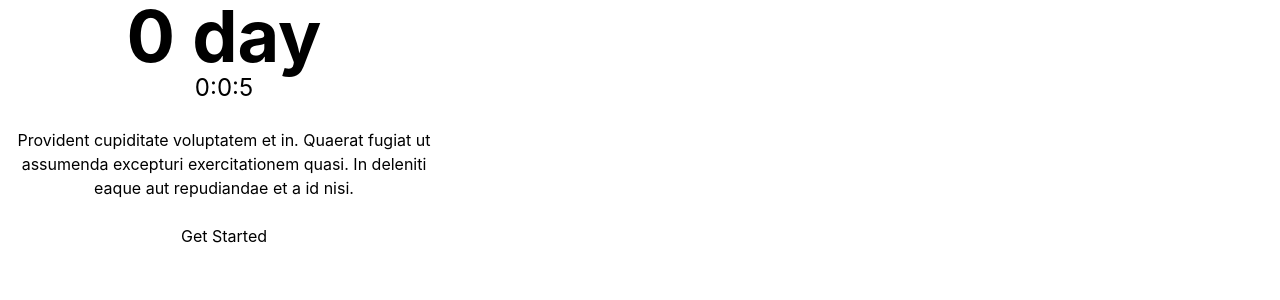
Repository: RahmanRakib9/TwentyOne
Page: /
The author's editor kept a copy of each file at every save. The page is drawn from the files as they stood at one save, then again after the next save.
The browser window is 1280 px wide. The pictures show the whole page.
The project was rebuilt for these pictures with package versions that can differ from the ones it lists, and the page was loaded fresh each time.

Above is the page before, as saved 2022-10-13 17:44:57.

### src/index.css
/* tailwind css directives */
@tailwind base;
@tailwind components;
@tailwind utilities;

body {
  margin: 0;
  font-family: -apple-system, BlinkMacSystemFont, 'Segoe UI', 'Roboto', 'Oxygen',
    'Ubuntu', 'Cantarell', 'Fira Sans', 'Droid Sans', 'Helvetica Neue',
    sans-serif;
  -webkit-font-smoothing: antialiased;
  -moz-osx-font-smoothing: grayscale;
}

code {
  font-family: source-code-pro, Menlo, Monaco, Consolas, 'Courier New',
    monospace;
}

### src/App.js
import React from 'react';
import Timer from './components/Timer';
import './App.css'

const App = () => {
  return (
    <div className='App'>
      <Timer></Timer>
    </div>
  );
};

export default App;

### src/components/Timer.js
import React from "react";
import useCountdown from "../hooks/useCountdown";

const Timer = () => {
  const [second, minute, hour, day] = useCountdown();
  return (
    <div class="hero min-h-screen bg-base-200">
      <div class="hero-content text-center">
        <div class="max-w-md">
          <h1 class="text-7xl font-bold">{day} day</h1>
          <h3 className="text-2xl">
            {hour}:{minute}:{second}
          </h3>
          <p class="py-6">
            Provident cupiditate voluptatem et in. Quaerat fugiat ut assumenda
            excepturi exercitationem quasi. In deleniti eaque aut repudiandae et
            a id nisi.
          </p>
          <button class="btn btn-primary">Get Started</button>
        </div>
      </div>
    </div>
  );
};

export default Timer;

### src/hooks/useCountdown.js
/* eslint-disable react-hooks/exhaustive-deps */
import React, { useEffect, useState } from "react";

const useCountdown = () => {
  // state declaration for updating second, minute, and an hour respectively
  const [second, setSecond] = useState(0);
  const [minute, setMinute] = useState(0);
  const [hour, setHour] = useState(0);
  const [day, setDay] = useState(0);

  let timer;
  useEffect(() => {
    timer = setInterval(() => {
      setSecond(second + 1);

      if (second === 59) {
        setMinute(minute + 1);
        setSecond(0);
      }

      if (minute === 59) {
        setHour(hour + 1);
        setMinute(0);
      }

      if (hour === 23 && minute === 59) {
        setDay(day + 1);
        setHour(0);
        setMinute(0);
      }



    }, 1000);

    return () => clearInterval(timer);
  });
  return [second, minute, hour,day];
};

export default useCountdown;

### tailwind.config.js
/** @type {import('tailwindcss').Config} */
module.exports = {
  content: ["./src/**/*.{html,js}"],
  daisyui: {
    themes: [],
  },
  plugins: [require("daisyui")],
};

Loaded but not shown: public/index.html (common file); src/index.js (common file); src/reportWebVitals.js (common file); src/App.css (common file)

After the next save:
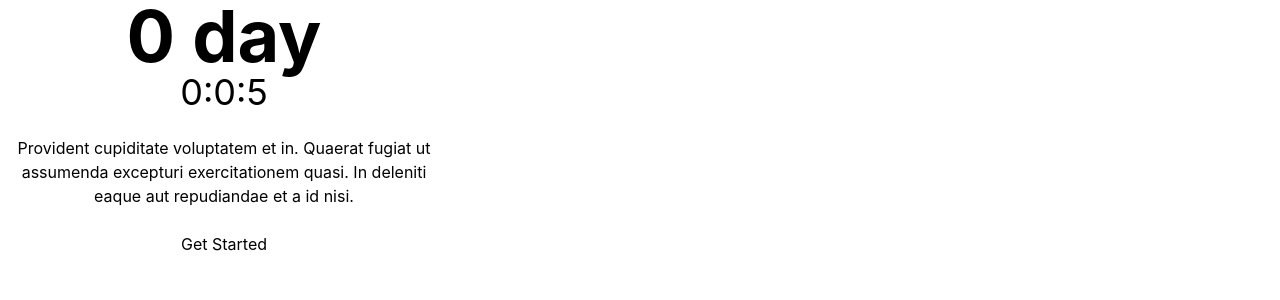
Saved 15 s later.
--- a/src/components/Timer.js
+++ b/src/components/Timer.js
@@ -8,7 +8,7 @@ const Timer = () => {
       <div class="hero-content text-center">
         <div class="max-w-md">
           <h1 class="text-7xl font-bold">{day} day</h1>
-          <h3 className="text-2xl">
+          <h3 className="text-4xl">
             {hour}:{minute}:{second}
           </h3>
           <p class="py-6">
